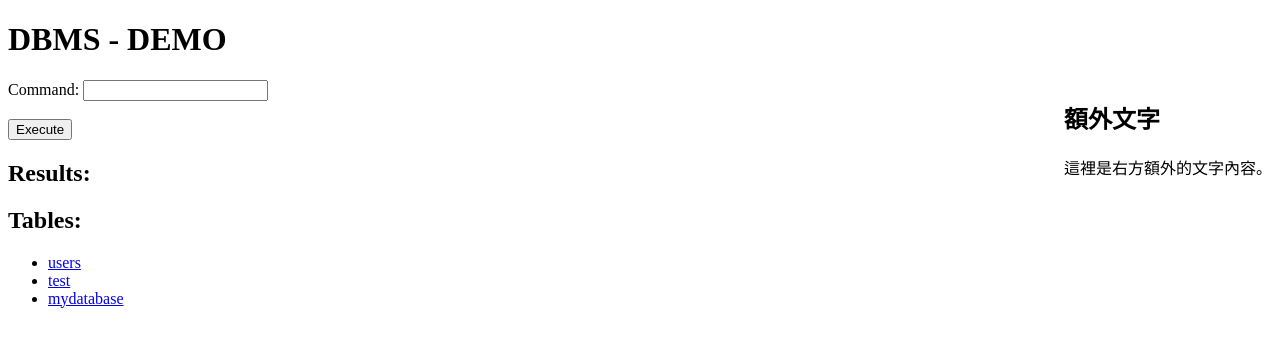
Repository: mark6969/DBMS-use-python
Page: http://localhost/
The author's editor kept a copy of each file at every save. The page is drawn from the files as they stood at one save, then again after the next save.
The browser window is 1280 px wide. The pictures show the whole page.
The page is served by the project's application, run on Flask 3 (run.py).

Above is the page before, as saved 2023-05-19 15:43:38.

### templates/index.html
<!DOCTYPE html>
<html>
<head>
    <title>DBMS</title>
    <style>
        table {
            border-collapse: collapse;
        }
        th, td {
            border: 1px solid black;
            padding: 8px;
        }
        .right-text {
            float: right; /* 將文字容器浮動到右側 */
            margin-left: 0%; /* 提供一些間距 */
        }
    </style>
</head>
<body>
    <h1>DBMS - DEMO</h1>
    <div class="right-text">
        <h2>額外文字</h2>
        <p>這裡是右方額外的文字內容。</p>
    </div>
    <form method="POST" action="/">
        <label for="command">Command:</label>
        <input type="text" name="command" id="command" required>
        <br><br>
        <input type="submit" value="Execute">
    </form>


    <!-- <h2>Users:</h2>
    <table>
        <tr>
            <th>姓名</th>
            <th>年齡</th>
            <th>性別</th>
        </tr>
        {% for user in users %}
        <tr>
            <td>{{ user.name }}</td>
            <td>{{ user.age }}</td>
            <td>{{ user.sex }}</td>
        </tr>
        {% endfor %}
    </table> -->

    <h2>Results:</h2>
    <ul>
        {% for result in results %}
        <li>{{ result }}</li>
        {% endfor %}
    </ul>

    <h2>Tables:</h2>
    <ul>
    {% for table in tables %}
    <li><a href="/table/{{ table }}">{{ table }}</a></li>
    {% endfor %}
    </ul>

</body>
</html>

### run.py
from flask import Flask, render_template, request
import re
import os
import csv

app = Flask(__name__)


# def get_all_users():
#     users = []
#     with open('mydatabase.csv', 'r') as file:
#         reader = csv.DictReader(file)
#         for row in reader:
#             user = {
#                 'name': row['name'],
#                 'age': row['age'],
#                 'sex': row['sex']
#             }
#             users.append(user)
#     return users

def get_all(table):
    data = []
    with open("DBs/%s.csv" % table, 'r') as file:
        reader = csv.DictReader(file)
        for row in reader:
            data.append(row)
    return data

def get_all_tables(database_name):
    tables = []
    csv_filename = f'{database_name}.csv'
    with open(csv_filename, 'r') as file:
        reader = csv.DictReader(file)
        tables = reader.fieldnames
    return tables

def get_all_csv_name():
    tables = []
    for file_name in os.listdir("./DBs"):
        if file_name.endswith('.csv'):
            table_name = os.path.splitext(file_name)[0]
            tables.append(table_name)
    return tables

def add_data(table, data_list):
    with open("DBs/%s.csv" % table, 'r+', newline='') as file:
        # fieldnames = ['name', 'age', 'sex']
        print("add_data")
        db_key = file.readline().replace("\n", "").split(",")
        if len(db_key) == len(data_list):
            writer = csv.writer(file)
            writer.writerow(data_list)
            return True
        return False


def execute_query(query):
    if query.startswith('SELECT'):
        _, column, _, table = query.split()
        return select_data(column, table)
    elif query.startswith('DELETE'):
        _, _, table, _, condition_column, _, condition_value = query.split()
        delete_data(table, condition_column, condition_value)
        return ['Data deleted successfully.']
    elif query.startswith('INSERT'):
        table = query.split()[2]
        values = re.findall(r'\((.*?)\)', query)[0]
        values_list = [value.strip() for value in values.split(',')]
        if add_data(table, values_list):
            return ['Data inserted successfully.']
        else:
            return ['Data inserted error']
    elif query.startswith('CREATE'):
        match = re.search(r'CREATE (\w+) \((.*?)\)', query)
        if match:
            table_name = match.group(1)
            columns = [column.strip() for column in match.group(2).split(',')]
            create_table(table_name, columns)
            return ['Table created successfully.']
        else:
            return ['Invalid query. Please check your input.']
    else:
        return ['Invalid query. Please check your input.']


def select_data(column, table):
    data = []
    with open("DBs/%s.csv" % table, 'r') as file:
        reader = csv.DictReader(file)
        for row in reader:
            if column == '*':
                data.append(row)
            elif column in row:
                data.append({column: row[column]})
    return data


def delete_data(table, condition_column, condition_value):
    with open("DBs/%s.csv" % table, 'r') as file:
        reader = csv.DictReader(file)
        rows = list(reader)

    filtered_rows = [row for row in rows if row.get(condition_column) == condition_value]

    with open("DBs/%s.csv" % table, 'w', newline='') as file:
        fieldnames = rows[0].keys()
        writer = csv.DictWriter(file, fieldnames=fieldnames)
        writer.writeheader()
        writer.writerows(filtered_rows)

def create_table(table_name, columns):
    csv_filename = f'{table_name}.csv'
    with open("./DBs/%s" % csv_filename, 'w', newline='') as file:
        writer = csv.writer(file)
        writer.writerow(columns)

@app.route('/table/<database_name>')
def show_database(database_name=None):
    if database_name is None:
        database_name = 'mydatabase'
    tables = get_all(database_name)
    if len(tables) != 0:
        keys=tables[0].keys()
    else:
        keys=[]
    return render_template('database.html', database=database_name, tables=tables, keys=keys)

@app.route('/', methods=['GET', 'POST'])
def index():
    if request.method == 'POST':
        command = request.form['command']
        results = execute_query(command)
    else:
        results = []

    # users = get_all_users()
    # tables = get_all_tables('mydatabase')
    tables = get_all_csv_name()
    print("tables")
    print(tables)
    # print("users")
    # print(users)
    print("results")
    print(results)
    return render_template('index.html', results=results, tables=tables)


if __name__ == '__main__':
    app.run(debug=True)

After the next save:
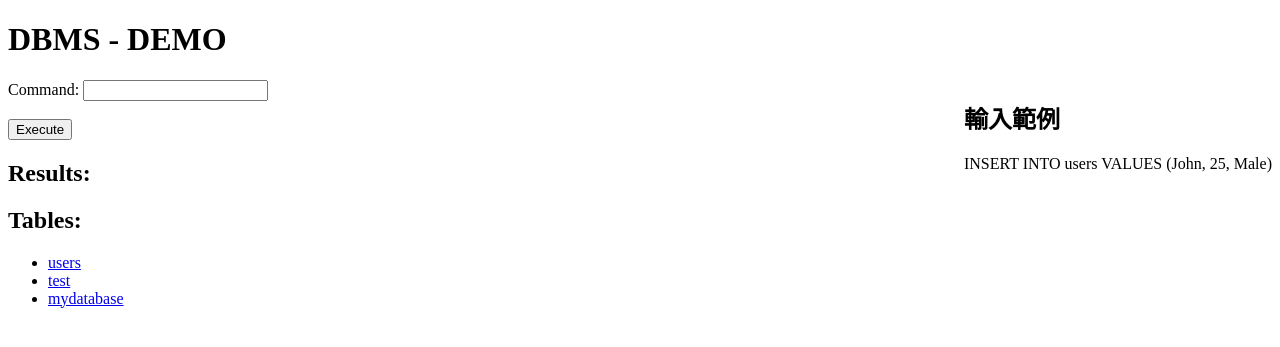
Saved 55 s later.
--- a/templates/index.html
+++ b/templates/index.html
@@ -19,8 +19,9 @@
 <body>
     <h1>DBMS - DEMO</h1>
     <div class="right-text">
-        <h2>額外文字</h2>
-        <p>這裡是右方額外的文字內容。</p>
+        <h2>輸入範例</h2>
+        <p>INSERT INTO users VALUES (John, 25, Male)</p>
+        <p></p>
     </div>
     <form method="POST" action="/">
         <label for="command">Command:</label>
